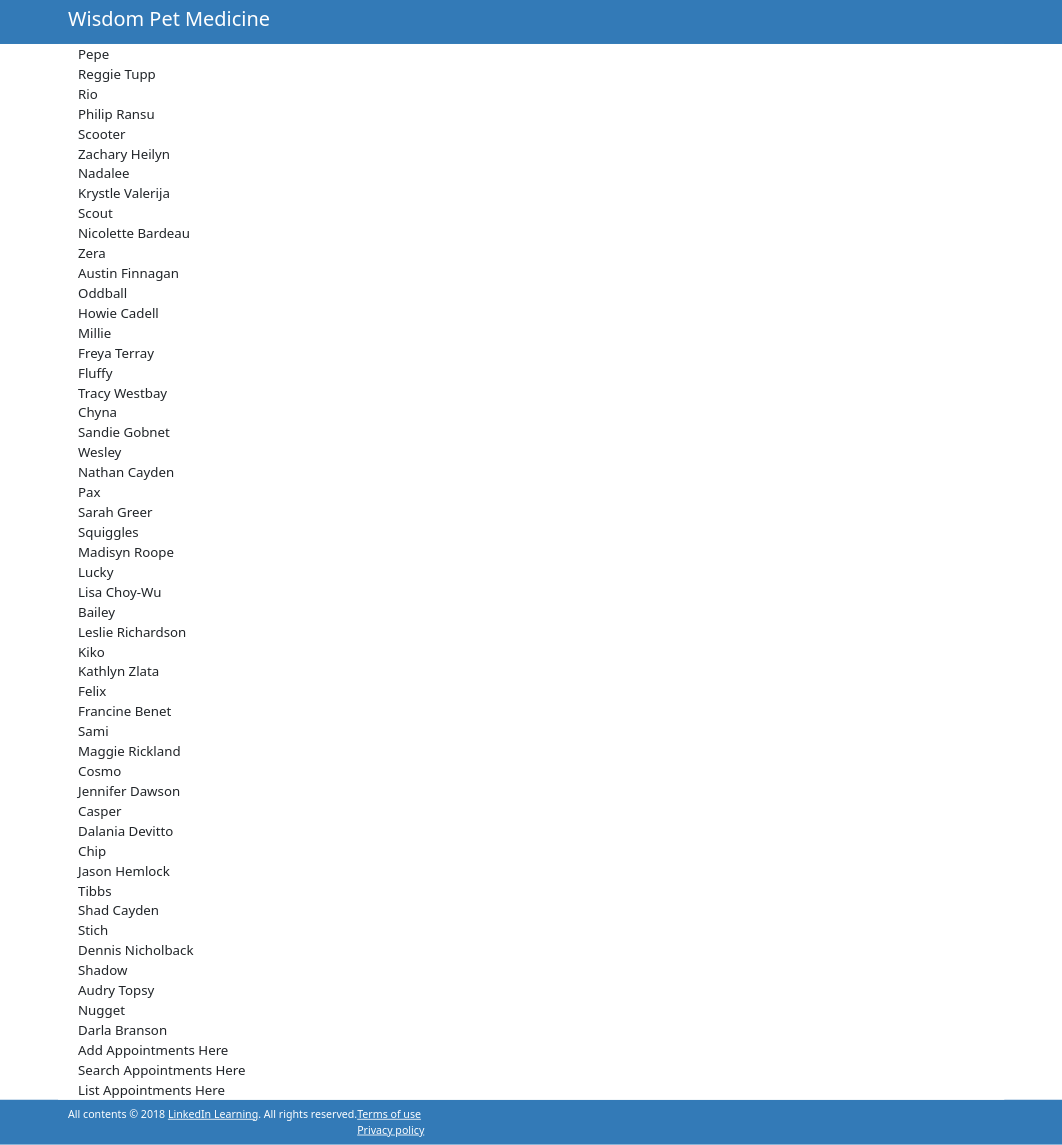
Repository: DevLuDaley/reactinterface
Page: /
An editor plug-in stored every save of this project. The page is shown before and after the next save, followed by the edit.
The browser window is 1280 px wide. The pictures show the whole page, at 83% of full size.
The project was rebuilt for these pictures with package versions that can differ from the ones it lists, and the page was loaded fresh each time. Also part of the build but not shown: src/css/App.css.

Above is the page before, as saved 2021-02-04 17:54:28.

### public/index.html
<!DOCTYPE html>
<html lang="en">
  <head>
    <meta charset="utf-8" />
    <link rel="icon" href="%PUBLIC_URL%/favicon.ico" />
    <meta name="viewport" content="width=device-width, initial-scale=1" />
    <meta name="theme-color" content="#000000" />
    <meta
      name="description"
      content="Web site created using create-react-app"
    />
    <link rel="apple-touch-icon" href="%PUBLIC_URL%/logo192.png" />
    <!--
      manifest.json provides metadata used when your web app is installed on a
      user's mobile device or desktop. See https://developers.google.com/web/fundamentals/web-app-manifest/
    -->
    <link rel="manifest" href="%PUBLIC_URL%/manifest.json" />
    <!--
      Notice the use of %PUBLIC_URL% in the tags above.
      It will be replaced with the URL of the `public` folder during the build.
      Only files inside the `public` folder can be referenced from the HTML.

      Unlike "/favicon.ico" or "favicon.ico", "%PUBLIC_URL%/favicon.ico" will
      work correctly both with client-side routing and a non-root public URL.
      Learn how to configure a non-root public URL by running `npm run build`.
    -->
    <title>React App</title>
  </head>
  <body>
    <noscript>You need to enable JavaScript to run this app.</noscript>
    <header class="container text-white">
      <h4 class="py-2">Wisdom Pet Medicine</h4>
    </header>

    <div id="root"></div>

    <footer class="container d-flex text-white py-2">
      <p>
        All contents &copy; 2018
        <a href="https://www.linkedin.com/learning">LinkedIn Learning</a>. All
        rights reserved.
      </p>
      <div class="ml-auto">
        <a class="d-block text-white" href="#">Terms of use</a>
        <a class="d-block text-white" href="#">Privacy policy</a>
      </div>
      <!-- col-md-6 -->
    </footer>
    <!-- footer -->
  </body>
</html>

### src/index.js
import React from 'react';
import ReactDOM from 'react-dom';
import 'bootstrap/dist/css/bootstrap.css'
import './css/index.css';
import App from './components/App';
import reportWebVitals from './reportWebVitals';
// import * as serviceWorker from './serviceWorker';
import 'jquery/dist/jquery'
import 'popper.js/dist/umd/popper'
import 'bootstrap/dist/js/bootstrap'

ReactDOM.render(
  <React.StrictMode>
    <App />
  </React.StrictMode>,
  document.getElementById('root')
);

// If you want to start measuring performance in your app, pass a function
// to log results (for example: reportWebVitals(console.log))
// or send to an analytics endpoint. Learn more: https://bit.ly/CRA-vitals
// serviceWorker.unregister()
reportWebVitals();

### src/components/App.js
import React, { Component } from 'react'
import '../css/App.css';
import AddAppointments from './AddAppointments';
import SearchAppointments from './SearchAppointments';
import ListAppointments from './ListAppointments';

class App extends Component {
  constructor(props) {
    super(props);
    this.state = {
      // myName: 'LH',
      authorized: true,
      myAppointments: []
     }
  }
  componentDidMount() {
    fetch('./data.json')
    .then(response => response.json())
    .then(result => {
      const apts = result.map(item => {
        return item;
      })
      this.setState({
        myAppointments: apts
      })
    })
  }

  render() {
    const listItems = this.state.myAppointments.map(item => (
      <div>
        <div>
          {item.petName}
        </div>
          <div>{item.ownerName}</div>
      </div>
    ))
    return (
      // <div className="App">
            <main className="page bg-white" id="petratings">
        <div className="container">
          <div className="row">
            <div className="col-md-12 bg-white">
              <div className="container">
              {/* { this.state.myName} */}
              { listItems }
                <div> <AddAppointments /> </div>
                <div> <SearchAppointments authorized={true}/> </div>
                <div> <ListAppointments appointments={this.state.myAppointments} /> </div>
              </div>
            </div>
          </div>
        </div>
      </main>
    // </div>
      );
  }
}

export default App;

### src/components/AddAppointments.js
import React, { Component } from 'react'

class AddAppointments extends Component {
    constructor(props) {
        super(props);
        this.state = {  }
    }
    render() {
        return (
            <div>
                Add Appointments Here
            </div>
         );
    }
}

export default AddAppointments;

### src/components/SearchAppointments.js
import React, { Component } from 'react'
class SearchAppointments extends Component {
    constructor(props) {
        super(props);
        this.state = {  }
    }
    render() {
        return (
        <div>
            Search Appointments Here
        </div>
        );
    }
}

export default SearchAppointments;

### src/components/ListAppointments.js
import React, { Component } from 'react'

class ListAppointments extends Component {
    constructor(props) {
        super(props);
        this.state = {  }
    }
    render() {
        return (
        <div>
            List Appointments Here
        </div>
        );
    }
}
export default ListAppointments;

### public/data.json
[
  {
    "petName": "Pepe",
    "ownerName": "Reggie Tupp",
    "aptNotes": "It's time for this rabbit's post spaying surgery checkup",
    "aptDate": "2018-11-28 13:30"
  },
  {
    "petName": "Rio",
    "ownerName": "Philip Ransu",
    "aptNotes": "Rio is up for his next round of vaccinations",
    "aptDate": "2018-11-28 10:15"
  },
  {
    "petName": "Scooter",
    "ownerName": "Zachary Heilyn",
    "aptNotes": "Scooter has been pawing at his ear and may have an ear infection",
    "aptDate": "2018-11-28 14:45"
  },
  {
    "petName": "Nadalee",
    "ownerName": "Krystle Valerija",
    "aptNotes": "This dog is coming in for his monthly nail trim and grooming",
    "aptDate": "2018-11-28 16:00"
  },
  {
    "petName": "Scout",
    "ownerName": "Nicolette Bardeau",
    "aptNotes": "This dog is coming in for his annual checkup and vaccinations",
    "aptDate": "2018-11-28 9:00"
  },
  {
    "petName": "Zera",
    "ownerName": "Austin Finnagan",
    "aptNotes": "This iguana's is showing signs of dementia associated with his old age",
    "aptDate": "2018-11-29 13:15"
  },
  {
    "petName": "Oddball",
    "ownerName": "Howie Cadell",
    "aptNotes": "Oddball has a hard lump on right front foot",
    "aptDate": "2018-11-29 10:00"
  },
  {
    "petName": "Millie",
    "ownerName": "Freya Terray",
    "aptNotes": "MIllie has exhibited signs of an upset stomach and is not eating regularly",
    "aptDate": "2018-11-29 11:45"
  },
  {
    "petName": "Fluffy",
    "ownerName": "Tracy Westbay",
    "aptNotes": "Fluffy has some matted hair that needs to be groomed",
    "aptDate": "2018-11-29 14:30"
  },
  {
    "petName": "Chyna",
    "ownerName": "Sandie Gobnet",
    "aptNotes": "This turtle is coming in for a checkup and to be tested for Salmonella",
    "aptDate": "2018-11-29 16:00"
  },
  {
    "petName": "Wesley",
    "ownerName": "Nathan Cayden",
    "aptNotes": "This dog is returning for his next heartworm treatment visit",
    "aptDate": "2018-11-29 8:30"
  },
  {
    "petName": "Pax",
    "ownerName": "Sarah Greer",
    "aptNotes": "This senior dog has been sluggish and showing lethargic behavior",
    "aptDate": "2018-11-30 10:15"
  },
  {
    "petName": "Squiggles",
    "ownerName": "Madisyn Roope",
    "aptNotes": "Squiggles is due for her annual checkup and vaccinations",
    "aptDate": "2018-11-30 11:30"
  },
  {
    "petName": "Lucky",
    "ownerName": "Lisa Choy-Wu",
    "aptNotes": "This cat has tartar buildup and her owner would like his teeth cleaned",
    "aptDate": "2018-11-30 14:30"
  },
  {
    "petName": "Bailey",
    "ownerName": "Leslie Richardson",
    "aptNotes": "This cat is suffering from hotspots and dermatitis",
    "aptDate": "2018-11-30 15:45"
  },
  {
    "petName": "Kiko",
    "ownerName": "Kathlyn Zlata",
    "aptNotes": "Kiko has been exhibiting excessive thirst and weight loss for the past few weeks",
    "aptDate": "2018-11-30 9:00"
  },
  {
    "petName": "Felix",
    "ownerName": "Francine Benet",
    "aptNotes": "Felix's mom is coming in to follow up on  lab work results",
    "aptDate": "2018-12-1 13:00"
  },
  {
    "petName": "Sami",
    "ownerName": "Maggie Rickland",
    "aptNotes": "Sami has had some changes in his bathroom in habits",
    "aptDate": "2018-12-1 10:00"
  },
  {
    "petName": "Cosmo",
    "ownerName": "Jennifer Dawson",
    "aptNotes": "Cosmo's mom would like us to check for arthritic conditions and do a routine checkup",
    "aptDate": "2018-12-1 11:30"
  },
  {
    "petName": "Casper",
    "ownerName": "Dalania Devitto",
    "aptNotes": "This dog is coming in for a nail trim and grooming",
    "aptDate": "2018-12-1 15:15"
  },
  {
    "petName": "Chip",
    "ownerName": "Jason Hemlock",
    "aptNotes": "This fish has a spotty white patch developing on his back ",
    "aptDate": "2018-12-1 8:45"
  },
  {
    "petName": "Tibbs",
    "ownerName": "Shad Cayden",
    "aptNotes": "Tibbs has had an ongoing rash and cold symptoms and we are going to run allergy tests",
    "aptDate": "2018-12-2 13:30"
  },
  {
    "petName": "Stich",
    "ownerName": "Dennis Nicholback",
    "aptNotes": "Stich has been having some stomach issues and is due for his vaccinations",
    "aptDate": "2018-12-2 10:15"
  },
  {
    "petName": "Shadow",
    "ownerName": "Audry Topsy",
    "aptNotes": "This cat has a red swollen eye with a discharge",
    "aptDate": "2018-12-2 15:00"
  },
  {
    "petName": "Nugget",
    "ownerName": "Darla Branson",
    "aptNotes": "This little fish Nugget, has  a rash on his stomach area",
    "aptDate": "2018-12-2 9:00"
  }
]

Loaded but not shown: src/css/index.css (common file); src/reportWebVitals.js (common file)

After the next save:
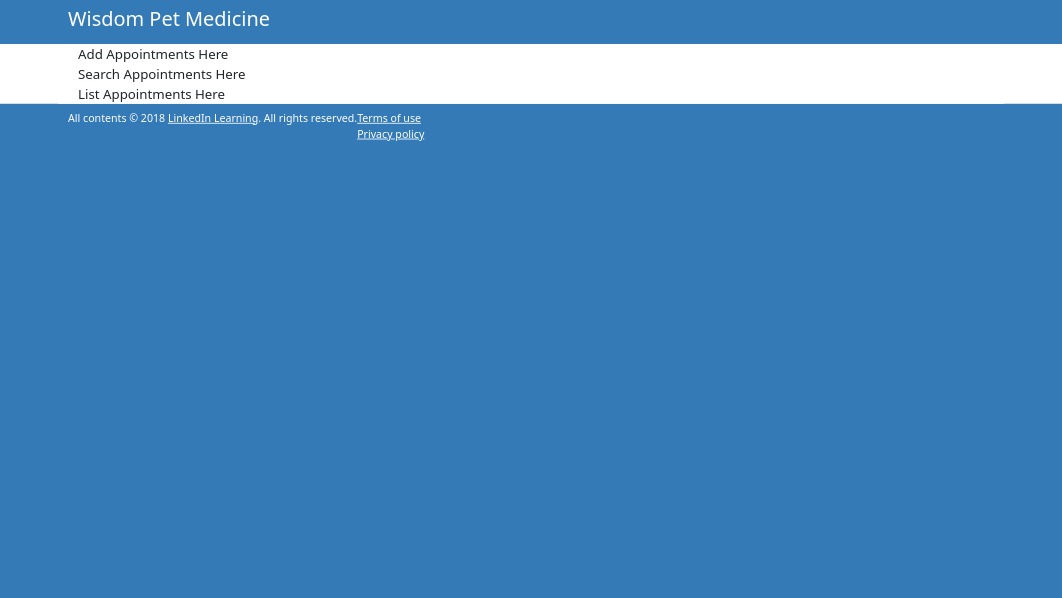
Saved 5 s later.
--- a/src/components/App.js
+++ b/src/components/App.js
@@ -43,7 +43,7 @@ class App extends Component {
             <div className="col-md-12 bg-white">
               <div className="container">
               {/* { this.state.myName} */}
-              { listItems }
+              {/* { listItems } */}
                 <div> <AddAppointments /> </div>
                 <div> <SearchAppointments authorized={true}/> </div>
                 <div> <ListAppointments appointments={this.state.myAppointments} /> </div>

After the 2 saves that followed:
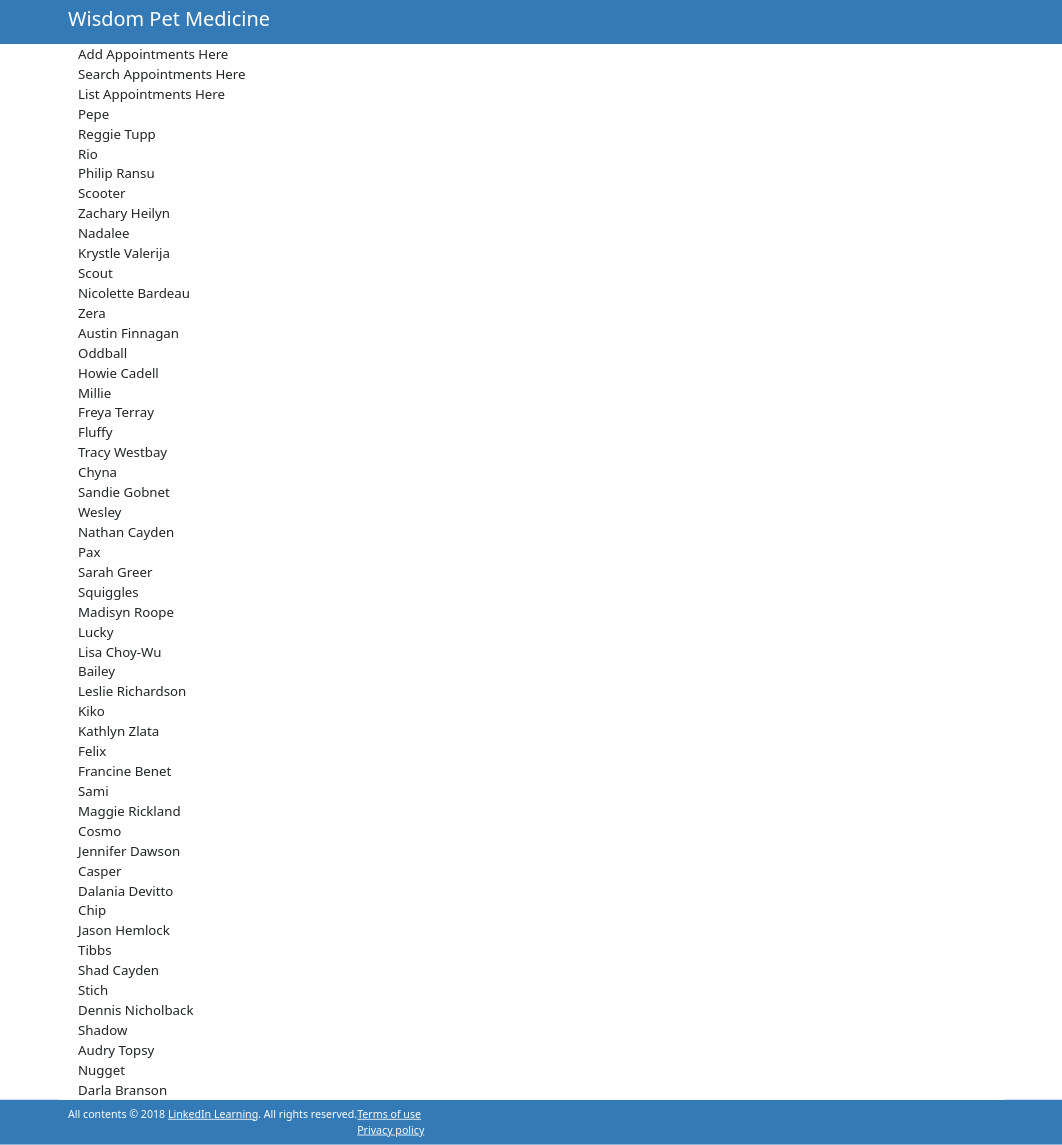
The 2 saves are shown as one change because 1 did not build or start.
The last was saved 2 min 31 s later.
--- a/src/components/ListAppointments.js
+++ b/src/components/ListAppointments.js
@@ -6,9 +6,22 @@ class ListAppointments extends Component {
         this.state = {  }
     }
     render() {
+    //   const listItems = this.state.myAppointments.map(item => (
+      const listItems = this.props.appointments.map(item => (
+            <div>
+                <div>
+                {item.petName}
+                </div>
+                <div>{item.ownerName}</div>
+            </div>
+    ))
+
+
+
         return (
         <div>
             List Appointments Here
+            {listItems}
         </div>
         );
     }
